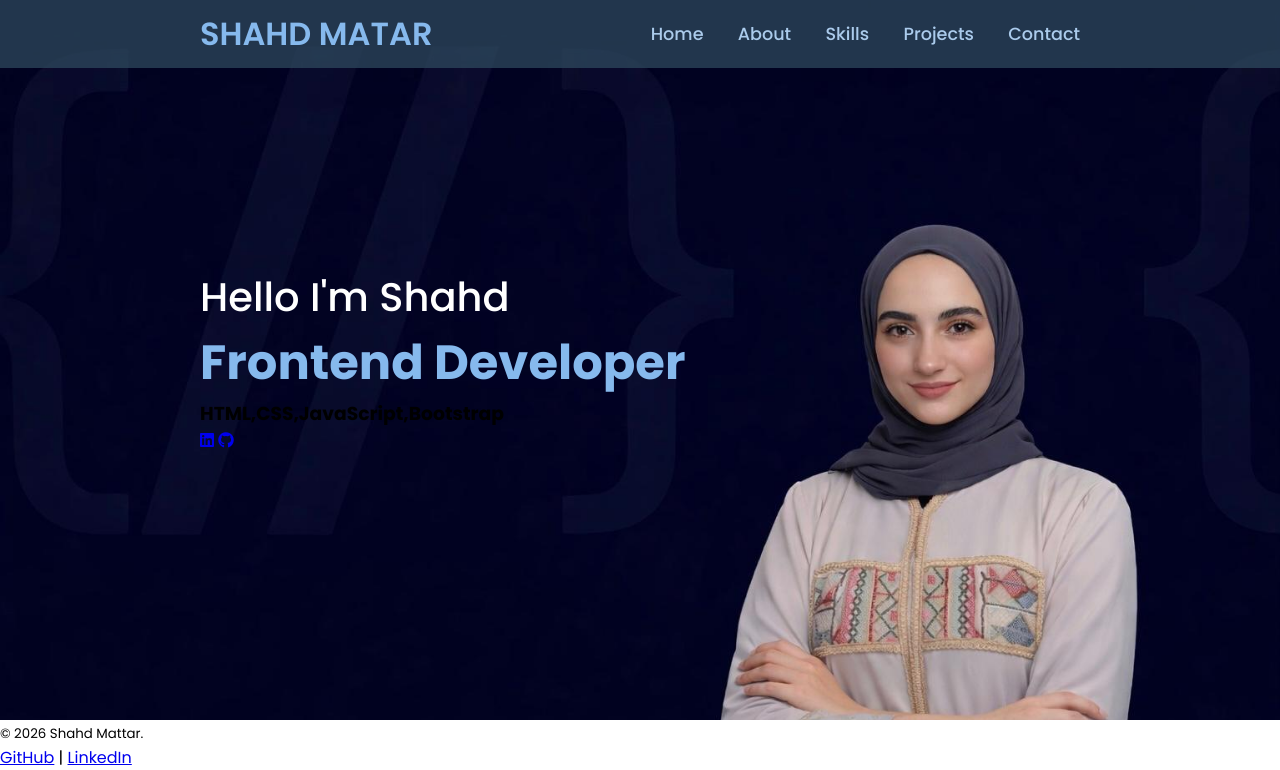
Repository: shahdmattar/personal-landing-page
Page: index.html
The author's editor kept a copy of each file at every save. The page is drawn from the files as they stood at one save, then again after the next save.
The browser window is 1280 px wide. The pictures show the whole page.
Backgrounds fixed to the window are drawn as part of the page.

Above is the page before, as saved 2026-04-15 11:00:29.

After the next save:
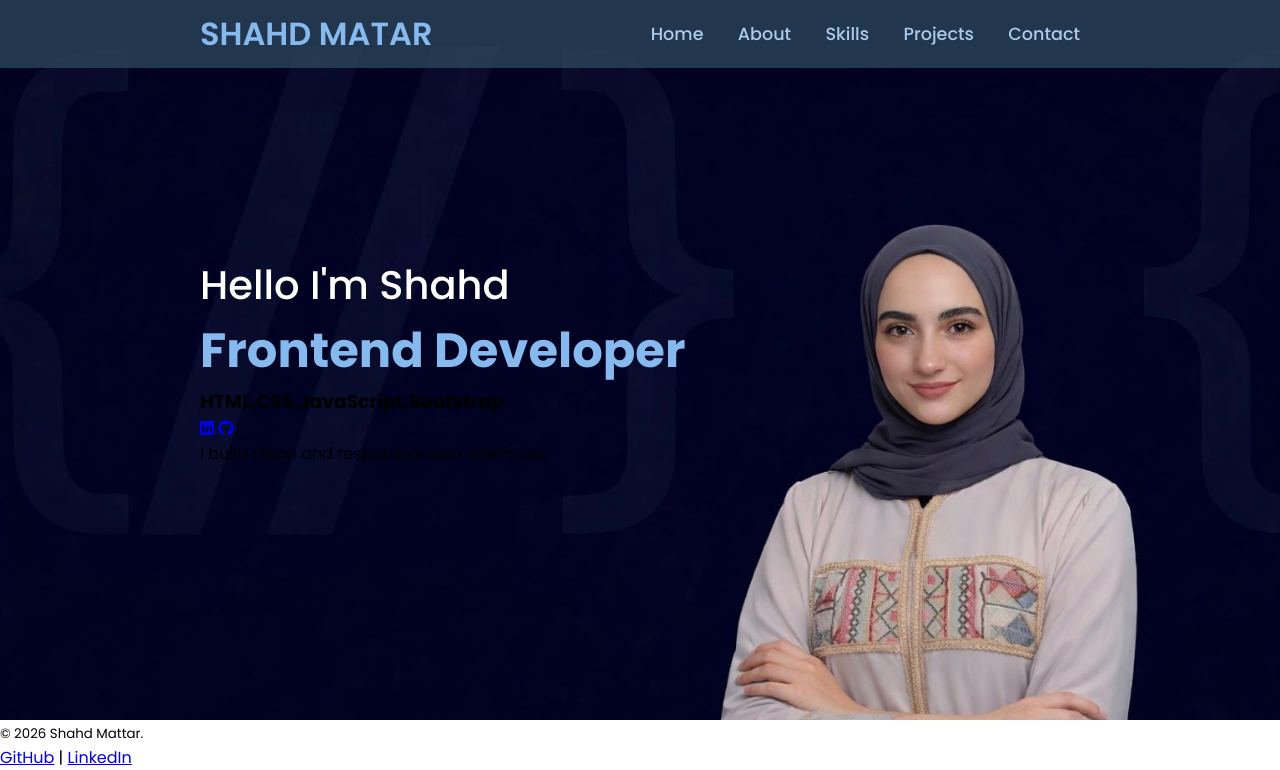
Saved 39 min 19 s later.
--- a/index.html
+++ b/index.html
@@ -37,6 +37,9 @@
             <a href="https://www.linkedin.com/in/shahd-matar-957608368"><i class="fab fa-linkedin"></i></a>
             <a href="https://github.com/shahdmattar"><i class="fab fa-github"></i></a>
           </div>
+          <p class="hero-desc">
+  I build clean and responsive web interfaces.
+</p>
         </div>
       </section>
 
